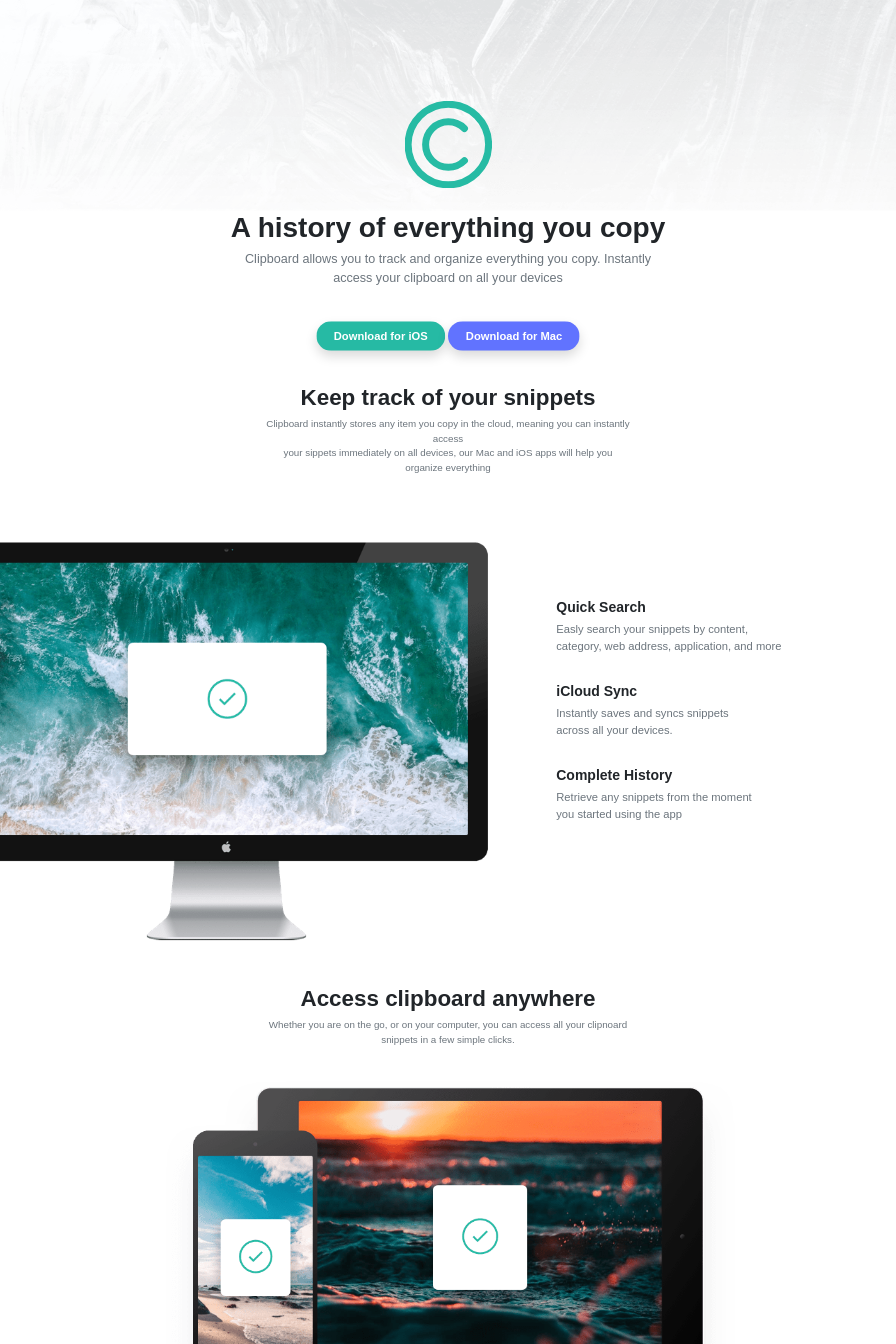
Repository: Kenkeluke/Clipboard-landing-page
Page: index.html
An editor plug-in stored every save of this project. The page is shown before and after a run of saves, followed by the edit.
The browser window is 1280 px wide. The pictures show the part of the page from y = 0 to 1920 px (the page is 3015 px tall), at 70% of full size.
Some web fonts or font styles are not loaded; a fallback is used.

Above is the page before, as saved 2022-09-03 23:47:57.

### index.html
<!DOCTYPE html>

<html>
  <head>
    <meta charset="utf-8">
    <meta http-equiv="X-UA-Compatible" content="IE=edge">
    <title> Clipboard landing page</title>
    <meta name="description" content="">
    <meta name="viewport" content="width=device-width, initial-scale=1">
    <link href="https://cdn.jsdelivr.net/npm/bootstrap@5.0.2/dist/css/bootstrap.min.css" rel="stylesheet" integrity="sha384-EVSTQN3/azprG1Anm3QDgpJLIm9Nao0Yz1ztcQTwFspd3yD65VohhpuuCOmLASjC" crossorigin="anonymous">
    <link rel="stylesheet" href="styles.css">
  </head>
  <body>

<section id="hero" class="container-fluid d-flex justify-content-center align-items-center pt-5 ">
  <figure class=" pt-5 pb-3 mt-5 mb-3">
    <img src="./images/logo.svg" alt="" class="img-fluid" >
  </figure>
</section>

<section  id="second" class="d-flex flex-column justify-content-center align-items-center mb-5">
  <h1 class="fw-bolder col-md-6 text-center"> A history of everything you copy </h1>

  <p class="text-muted col-md-6 text-center mb-5 paragraph">
    Clipboard allows you to track and organize everything you copy. Instantly<br> access your clipboard on all your devices
  </p>

  <div class="button-group">
    <button type="button" class="btn rounded-pill shadow cyan text-white py-2 px-4 fw-bolder">Download for iOS</button>
    <button type="button" class="btn rounded-pill shadow blue text-white py-2 px-4 fw-bolder fs-6">Download for Mac</button>
  </div>
</section>

<section id="third" class="d-flex flex-column justify-content-center align-items-center my-5">
  <h2 class="fw-bolder col-md-6 text-center"> Keep track of your snippets </h2>

  <p class="text-muted col-md-5 text-center mb-5 small-paragraph">
    Clipboard instantly stores any item you copy in the cloud, meaning you can instantly access<br>
  your sippets immediately on all devices, our Mac and iOS apps will help you <br> organize everything  </p>

</section>


<section id="fourth" class="d-flex flex-md-row flex-column my-5">

  <figure class="col-md-7">
    <img src="./images/image-computer.png" alt="mac monitor" srcset=""
    class="img-fluid image-cut">
  </figure>

  <article class="col-md-5 col d-flex flex-column justify-content-md-start justify-content-center mt-5 ps-md-5 pt-3">
    <div class="first-article justify-content-md-start justfy-content-center text-md-start text-center pt-3 mb-3 mb-md-0">
      <h5 class="fw-bolder"> Quick Search</h5>

      <p class="text-muted col-10 ms-4 ms-md-0">
       Easly search your snippets by content, <br>

      category, web address, application, and more </p>
    </div>

    <div class="second-article justify-content-md-start justfy-content-center text-md-start text-center pt-4 ">
      <h5 class="fw-bolder"> iCloud Sync</h5>

      <p class="text-muted col-10 ms-4 ms-md-0">
       Instantly saves and syncs snippets<br>

      across all your devices. </p>
    </div>

    <div class="first-article justify-content-md-start justfy-content-center text-md-start text-center pt-4">
      <h5 class="fw-bolder"> Complete History</h5>

      <p class="text-muted col-10 ms-4 ms-md-0">
       Retrieve any snippets from the moment <br>

      you started using the app</p>
    </div>

  </article>

</section>

<section id="fifth" class="d-flex flex-column justify-content-center align-items-center my-5">
  <h2 class="fw-bolder col text-center"> Access clipboard anywhere </h2>

  <p class="text-muted col text-center mb-5 small-paragraph">
    Whether you are on the go, or on your computer, you can access all your clipnoard<br>
  snippets in a few simple clicks.</p>


  <figure class="col ms-5 ps-5">
    <img src="./images/image-devices.png" alt="tablet and mobile device" srcset=""
    class="img-fluid" width="90%">
  </figure>



  <h2 class="fw-bolder col text-center"> Supercharge your workflow</h2>

  <p class="text-muted col text-center mb-5 small-paragraph">
    We've got the tools to boost your productively </p>

</section>



 <section id="features" class="d-flex flex-column flex-md-row justify-content-center mb-5 ">
  <div class="d-flex flex-column col-md-3 justify-content-center ">
    <figure class="text-center">
      <img src="./images/icon-blacklist.svg" alt="Grey scroll" srcset=""
      class="img-fluid text-center" width="10%">
    </figure>

    <h6 class="fw-bolder text-center"> Create blacklists</h6>

    <p class="text-muted  text-center mb-5 small-paragraph">
      Ensure sensitive information never makes its <br>
      way to your clipboard by excluding certain <br>
     </p>
</div>


  <div class="d-flex flex-column col-md-3 justify-content-center ">
    <figure class="text-center">
      <img src="./images/icon-text.svg" alt="texts" srcset=""
      class="img-fluid text-center" width="10%">
    </figure>

    <h6 class="fw-bolder text-center">Plain text snippets</h6>

    <p class="text-muted  text-center mb-5 small-paragraph">
      remove unwanted formatting from copied texts<br>
      for a consistent look.
     </p>
</div>

<div class="d-flex flex-column col-md-3 justify-content-center ">
  <figure class="text-center">
    <img src="./images/icon-preview.svg" alt="eyes preview" srcset=""
    class="img-fluid text-center" width="10%">
  </figure>

  <h6 class="fw-bolder text-center">Sneak preview</h6>

  <p class="text-muted  text-center mb-5 small-paragraph">
    Quick preview of all snippets on your clipboard<br>
    for easy access
   </p>

</div>

 </section>


<section id="Reviews" class="container d-flex flex-column flex-md-row justify-content-center mb-5 pb-5 ">
  <figure class="text-center col-md-2 text-center">
    <img src="./images/logo-google.png" alt="Google logo" srcset=""
    class="img-fluid text-center" width="50%">
  </figure>

  <figure class="text-center col-md-2 text-center mt-md-0 mt-5 ">
    <img src="./images/logo-IBM.png" alt="IBM logo" srcset=""
    class="img-fluid text-center" width="50%">
  </figure>


  <figure class="text-center col-md-2 text-center mt-md-0 mt-5">
    <img src="./images/logo-microsoft.png" alt="microsoft logo" srcset=""
    class="img-fluid text-center" width="50%">
  </figure>

  <figure class="text-center col-md-2 text-center mt-md-0 mt-5">
    <img src="./images/logo-hp.png" alt="HP logo" srcset=""
    class="img-fluid text-center" width="50%">
  </figure>

  <figure class="text-center col-md-2 mt-md-0 mt-5">
    <img src="./images/logo-vector-graphics.png" alt="Vector-graphics logo" srcset=""
    class="img-fluid text-bottom" width="50%">
  </figure>


</section>


<section  id="CTA" class="container d-flex flex-column justify-content-center align-items-center my-5 pb-5 px-5">
  <h3 class="fw-bolder col-md-6 text-center">Clipboard for iOS and Mac OS </h3>

  <p class="text-muted col-md-6 text-center mb-4 small-paragraph">
    Available for free on the App Store. Download for Mac or iOS, sync with iCloud<br> and
    you are ready to start adding to your clipboard.
  </p>

  <div class="button-group d-flex flex-md-row flex-column justify-content-around">
    <button type="button" class="btn rounded-pill shadow cyan text-white py-2 px-4 fw-bolder">Download for iOS</button>
    <button type="button" class="btn rounded-pill shadow blue text-white py-2 px-4 fw-bolder fs-6 ms-md-3 mt-3 mt-md-1">Download for Mac</button>
  </div>
</section>

<footer id="footer" class=" d-flex flex-md-row flex-column align-items-center pt-5 pb-4 justify-content-center">
<figure class="d-flex justify-content-end col-md-1 col-3">
  <img src="./images/logo.svg" alt="clipboard-logo" srcset=""  class="w-75 ps-2 ps-md-1">
</figure>

<section class="middle-class d-flex flex-md-row flex-column justify-content-center  justify-content-md-start col-md-6 pt-2">
  <ul class="one d-flex flex-column  text-center text-md-start">
    <a href="#" class="none small-paragraph text-muted" aria-current="true">
     FAQs
    </a>
    <a href="#" class="none small-paragraph text-muted pt-3">Contact Us</a>

  </ul>
  <ul class="two d-flex flex-column ms-md-5 text-center text-md-start">
    <a href="#" class="none small-paragraph text-muted">Privacy policy</a>
    <a href="#" class="none small-paragraph text-muted pt-3">Press kit</a>
  </ul>

  <ul class="three d-flex flex-column ms-md-5 text-center text-md-start">
    <a href="#" class="none small-paragraph text-muted">Install guide</a>
    </ul>
 </section>

 <div class="social d-flex justify-content-between justify-content-md-center col-4">
  <a href="#" class="ms-4">
    <img src="./images/icon-facebook.svg" alt="facebook-logo" srcset="" class="img-fluid" >
  </a>

  <a href="#" class="ms-4">
    <img src="./images/icon-twitter.svg" alt="twitter-logo" srcset="" class="img-fluid" >
</a>

  <a href="#" class="ms-4">
    <img src="./images/icon-instagram.svg" alt="instagram-logo" srcset="" class="img-fluid">
  </a>
 </div>
</footer>


  <script src="https://cdn.jsdelivr.net/npm/@popperjs/core@2.9.2/dist/umd/popper.min.js" integrity="sha384-IQsoLXl5PILFhosVNubq5LC7Qb9DXgDA9i+tQ8Zj3iwWAwPtgFTxbJ8NT4GN1R8p" crossorigin="anonymous"></script>
  <script src="https://cdn.jsdelivr.net/npm/bootstrap@5.0.2/dist/js/bootstrap.min.js" integrity="sha384-cVKIPhGWiC2Al4u+LWgxfKTRIcfu0JTxR+EQDz/bgldoEyl4H0zUF0QKbrJ0EcQF" crossorigin="anonymous"></script>
  </body>
</html>

### styles.css
@import url('https://fonts.googleapis.com/css2?family=Bai+Jamjuree:ital,wght@0,200;0,300;0,400;0,500;0,600;1,300&display=swap');

body{
    font-family: 'Bai Jamjuree', sans-serif;
    background-color:  hsl(0, 0%, 100%);
    ;
}

#hero{
    background-image: url(./images/bg-header-desktop.png);
}

.paragraph{
    font-size: 18px;
}

.cyan{
background-color: hsl(171, 66%, 44%);
}

.blue{
    background-color: hsl(233, 100%, 69%);
}


.small-paragraph{
    font-size: 14px;
}
.tiny-paragraph{
    font-size: 12px;
}

.image-cut{
    margin-left: -50px
}

footer{
    background-color: hsla(210, 15%, 92%, 0.574);
}

.none{
    list-style: none;
    text-decoration: none;
}

After the next 2 saves:
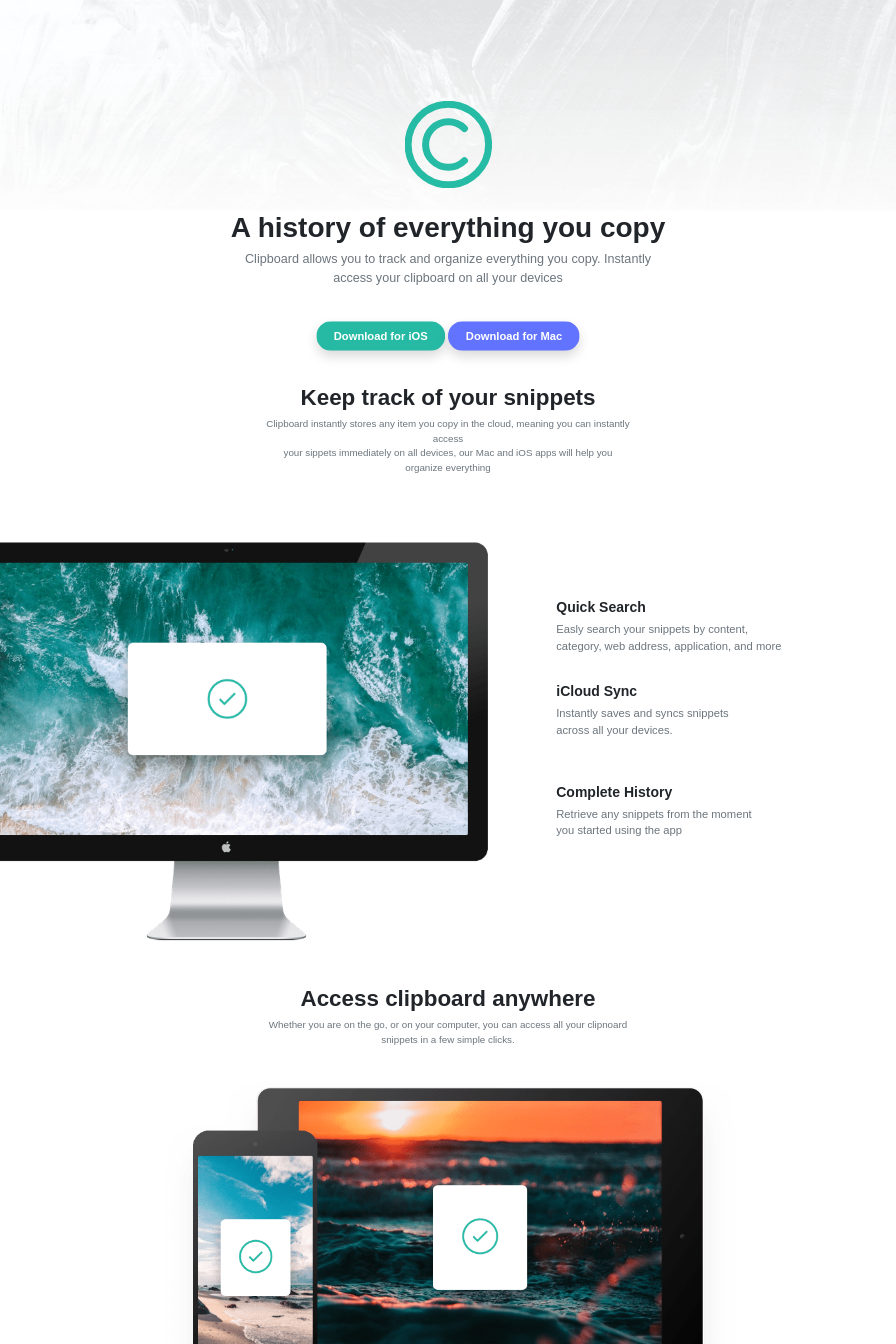
The 2 saves are shown as one change because they came seconds apart.
The last was saved 6 s later.
--- a/index.html
+++ b/index.html
@@ -58,7 +58,7 @@
       category, web address, application, and more </p>
     </div>
 
-    <div class="second-article justify-content-md-start justfy-content-center text-md-start text-center pt-4 ">
+    <div class="second-article justify-content-md-start justfy-content-center text-md-start text-center pt-4 mb-4 ">
       <h5 class="fw-bolder"> iCloud Sync</h5>
 
       <p class="text-muted col-10 ms-4 ms-md-0">

After the save that followed:
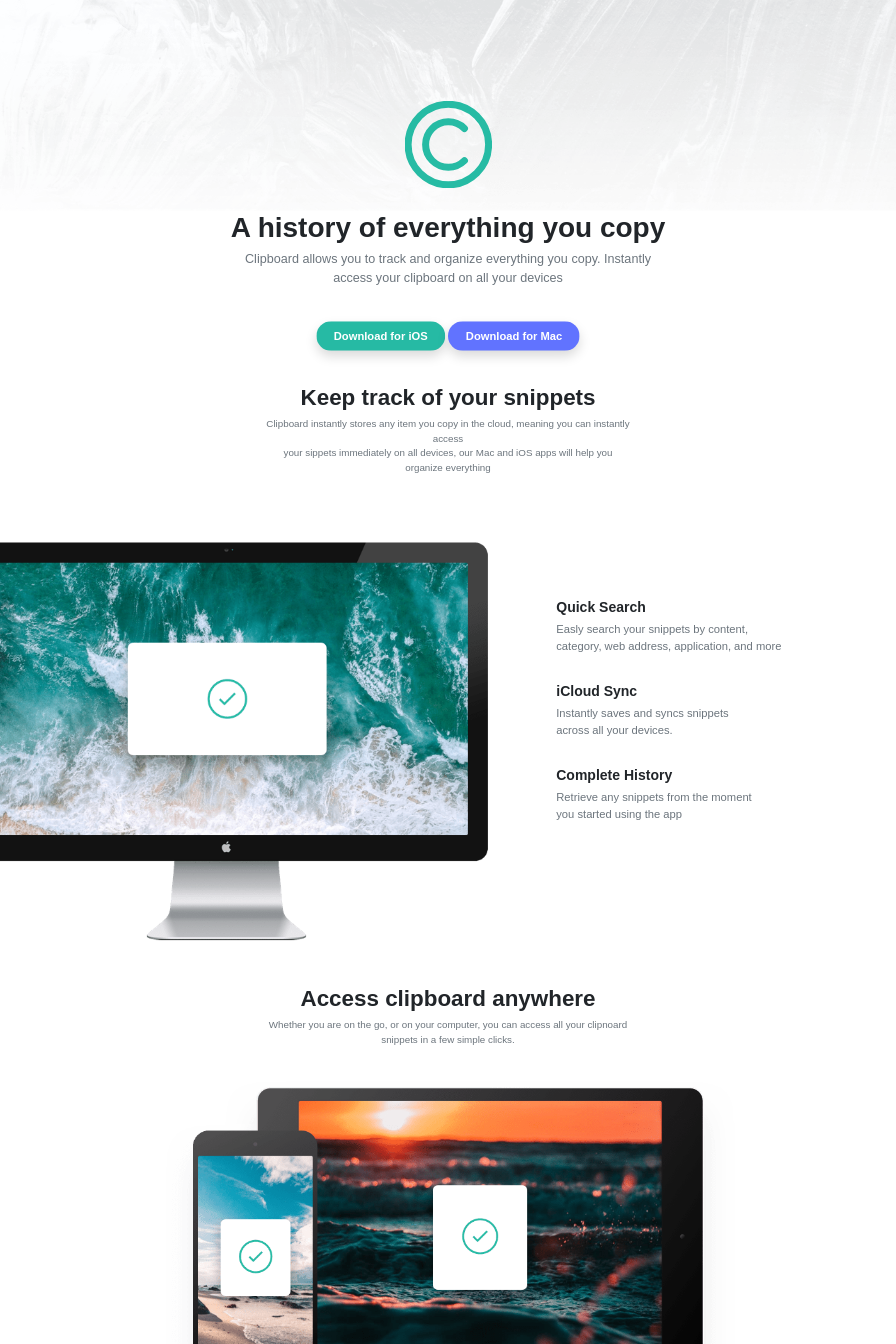
Saved 4 s later.
--- a/index.html
+++ b/index.html
@@ -58,7 +58,7 @@
       category, web address, application, and more </p>
     </div>
 
-    <div class="second-article justify-content-md-start justfy-content-center text-md-start text-center pt-4 mb-4 ">
+    <div class="second-article justify-content-md-start justfy-content-center text-md-start text-center pt-4 mb-4 mb-md-0">
       <h5 class="fw-bolder"> iCloud Sync</h5>
 
       <p class="text-muted col-10 ms-4 ms-md-0">
